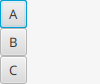
Repository: vitmac1/eclipse-workspace-project
Program's window: java exercicios-javafx/src/basico/PrimeiroFX.java
These files come from the project's save history. The program's window is drawn as it stood at one moment and after the next save; the edit follows.
It runs on Java 21 on a 1366 x 768 screen with JavaFX 11; the title bar is not drawn.

Above is the program's window before, as saved 2022-10-20 17:41:38.

### exercicios-javafx/src/basico/PrimeiroFX.java
package basico;

import javafx.application.Application;
import javafx.scene.Scene;
import javafx.scene.control.Button;
import javafx.scene.layout.VBox;
import javafx.stage.Stage;

public class PrimeiroFX extends Application{

	@Override
	public void start(Stage primaryStage) throws Exception {


		Button botaoA = new Button("A");
		Button botaoB = new Button("B");
		Button botaoC = new Button("C");

		VBox box = new VBox();
		box.getChildren().add(botaoA);
		box.getChildren().add(botaoB);
		box.getChildren().add(botaoC);

		Scene cena = new Scene(box);

		primaryStage.setScene(cena);
		primaryStage.show();
	}

	public static void main(String[] args) {
		launch(args);
	}
}

After the next save:
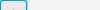
Saved 25 s later.
--- a/exercicios-javafx/src/basico/PrimeiroFX.java
+++ b/exercicios-javafx/src/basico/PrimeiroFX.java
@@ -21,7 +21,7 @@
 		box.getChildren().add(botaoB);
 		box.getChildren().add(botaoC);
 
-		Scene cena = new Scene(box);
+		Scene cena = new Scene(box, 100, 10);
 
 		primaryStage.setScene(cena);
 		primaryStage.show();
